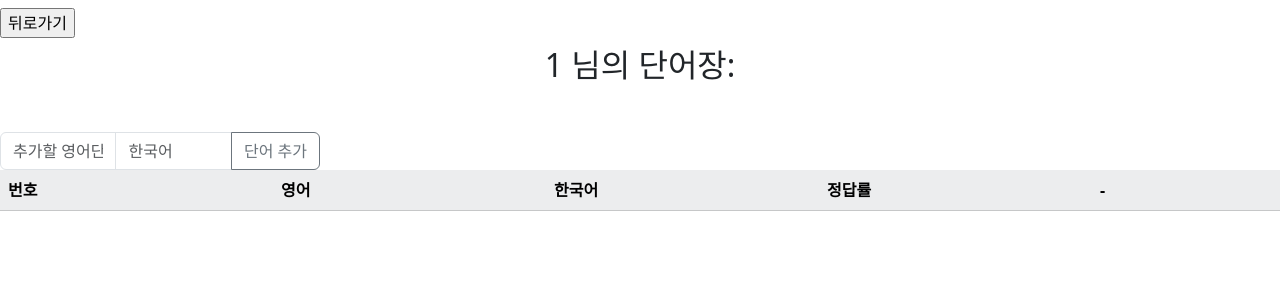
Repository: kokoko12334/myvocab-toy
Page: http://localhost/myVocabularyList/detail
The author's editor kept a copy of each file at every save. The page is drawn from the files as they stood at one save, then again after the next save.
The browser window is 1280 px wide. The pictures show the whole page.
The page is served by Tomcat 9. The session is filled in as if someone had signed in: {"id": 1, "pwd": 1, "list": 1}. Other server files are loaded and not shown. Queries for data that is not in the repository find no rows.

Above is the page before, as saved 2023-04-07 12:50:19.

### myVocabularyList/src/main/webapp/WEB-INF/views/myvocabulary/detail.jsp
<%@ page language="java" contentType="text/html; charset=UTF-8"
    pageEncoding="UTF-8"%>
<%@ taglib prefix="c" uri = "http://java.sun.com/jsp/jstl/core" %>
<!DOCTYPE html>
<html>
<head>
<meta charset="UTF-8">
<title>Insert title here</title>
<link href="https://cdn.jsdelivr.net/npm/bootstrap@5.3.0-alpha3/dist/css/bootstrap.min.css" rel="stylesheet" integrity="sha384-KK94CHFLLe+nY2dmCWGMq91rCGa5gtU4mk92HdvYe+M/SXH301p5ILy+dN9+nJOZ" crossorigin="anonymous">

</head>
<body>
	<div class = "my-2">
		<form action = "/login" method = "post">
			<input type = "hidden" name = "id"  value = "${id}">
			<input type = "hidden" name = "pwd" value =  "${pwd}">
			<input type = submit value = "뒤로가기">
		</form>
	</div>

	<div class="col text-center">
		<h2>${id} 님의 단어장: ${vocabName}</h2>
	</div>


 <div class = "my-5">
	<form class="form-inline w-25" action = "/addword" method = "post">
		<div class="input-group">
			<input type = text name = "english" placeholder = "추가할 영어단어" aria-label="First name" class="form-control">
			<input type = text name = "korean" placeholder = "한국어" aria-label="Last name" class="form-control">
			<button class="btn btn-outline-secondary" id="button-addon2">단어 추가</button>
		</div>
	</form>

	<table class="table table-light table-striped">
		<colgroup>
            <col width=1px>
            <col width=1px>
            <col width=1px>
            <col width=1px>
            <col width=1px>

        </colgroup>
		<tr>
			<th>번호</th>
			<th>영어</th>
			<th>한국어</th>
			<th>정답률</th>
			<th>-</th>

		</tr>

		<c:forEach var = "w" items = "${wordsList}" varStatus = "st">
			<tr>
				<td>${st.index+1} </td>
				<td>${w[0]}</td>
				<td>${w[1]}</td>
				<td>${w[2]}</td>
				<td>
					<input type="button" value="수정" onclick="showPopup('${w[0]}','${w[1]}');"/>
					<button onclick="location.href='/deleteword?idx=${st.index}&english=${w[0]}&korean=${w[1]}'">단어 삭제</button>
				</td>
			</tr>
		</c:forEach>
	</table>
</div>


	 <script>
  		function showPopup(english, korean) {

  			var url = "/updateword?english=" + english + "&korean=" + korean;
  			window.open(url, "단어 수정창", "width=500, height=50, left=50, top=50");
  			}
  	</script>

</body>
</html>

### myVocabularyList/src/main/java/com/ko/web/controller/DetailController.java
package com.ko.web.controller;

import java.io.IOException;
import java.sql.SQLException;
import java.util.ArrayList;
import java.util.List;

import javax.servlet.ServletException;
import javax.servlet.annotation.WebServlet;
import javax.servlet.http.HttpServlet;
import javax.servlet.http.HttpServletRequest;
import javax.servlet.http.HttpServletResponse;
import javax.servlet.http.HttpSession;

import com.ko.web.service.WordsService;

@WebServlet("/detail")
public class DetailController extends HttpServlet{



	@Override
	protected void doGet(HttpServletRequest req, HttpServletResponse resp) throws ServletException, IOException {

		String id = req.getParameter("id");
		String vocabName = req.getParameter("name");


		WordsService wordsSvc = new WordsService();

		List<List<String>> wordsList = new ArrayList<>();


		try {

			wordsList = wordsSvc.getwords(id, vocabName);

			HttpSession session = req.getSession(false);
			session.setAttribute("wordsList", wordsList);
			session.setAttribute("vocabName", vocabName); // 단어장 이름도 저장


		} catch (ClassNotFoundException e) {

			e.printStackTrace();
		} catch (SQLException e) {

			e.printStackTrace();
		}

		req.getRequestDispatcher("/WEB-INF/views/myvocabulary/detail.jsp").forward(req, resp);









	}

}

### myVocabularyList/src/main/java/com/ko/web/service/WordsService.java
package com.ko.web.service;

import java.sql.Connection;
import java.sql.DriverManager;
import java.sql.PreparedStatement;
import java.sql.ResultSet;
import java.sql.SQLException;
import java.util.ArrayList;
import java.util.HashMap;
import java.util.List;

import com.ko.web.entity.WordsDto;
import com.mysql.cj.protocol.Resultset;

public class WordsService {
	String driver = "com.mysql.cj.jdbc.Driver";
	String url = "jdbc:mysql://localhost:3306/myvocab";
	String user = "test";
	String password = "1234";


	public int insert(WordsDto dto) throws ClassNotFoundException, SQLException {

		String id = dto.getId();
		String vocabName = dto.getVocabName();
		String english = dto.getEnglish();
		String korean = dto.getKorean();

		// 중복 단어 체크
		List<List<String>> list = new ArrayList<>();

		list = getwords(id, vocabName);

		for(List<String> i: list) {

			String check = i.get(0);

			if(check.equals(english)) {
				return -1;
			}

		}


		Class.forName(driver);

		Connection con = DriverManager.getConnection(url, user,password);

		String sql = "INSERT INTO words(id, vocab_name, english, korean) VALUES(?,?,?,?)";

		PreparedStatement psmt = con.prepareStatement(sql);

		psmt.setString(1, id);
		psmt.setString(2, vocabName);
		psmt.setString(3, english);
		psmt.setString(4, korean);



		int result = psmt.executeUpdate();


		psmt.close();
		con.close();


		return result;
	}


	public List<List<String>> getwords(String id, String vocabName) throws ClassNotFoundException, SQLException{

		String english;
		String korean;
		String score;

		Class.forName(driver);

		Connection con = DriverManager.getConnection(url, user,password);

		String sql = "SELECT english, korean, score FROM words WHERE id = ? AND vocab_name = ?";

		PreparedStatement psmt = con.prepareStatement(sql);

		psmt.setString(1, id);
		psmt.setString(2, vocabName);


		ResultSet rs = psmt.executeQuery();


		List<List<String>> list = new ArrayList<>();

		while(rs.next()) {

			List<String> words = new ArrayList<>();

			english = rs.getString("english");
			korean = rs.getString("korean");
			score = rs.getString("score");

			words.add(english);
			words.add(korean);
			words.add(score);

			list.add(words);
		}

		rs.close();
		psmt.close();
		con.close();


		return list;
	}

	public int deleteWord(WordsDto dto) throws ClassNotFoundException, SQLException {

		String id = dto.getId();
		String vocabName = dto.getVocabName();
		String english = dto.getEnglish();
		String korean = dto.getKorean();

		Class.forName(driver);

		Connection con = DriverManager.getConnection(url, user,password);

		String sql = "DELETE FROM words WHERE id = ? AND vocab_name = ? AND english = ? AND korean = ?";

		PreparedStatement psmt = con.prepareStatement(sql);

		psmt.setString(1, id);
		psmt.setString(2, vocabName);
		psmt.setString(3, english);
		psmt.setString(4, korean);

		int result = psmt.executeUpdate();


		psmt.close();
		con.close();

		return result;
	}


	public int updateWord(WordsDto dto, String changedEnglish, String changedKorean) throws ClassNotFoundException, SQLException {


		String id = dto.getId();
		String vocabName = dto.getVocabName();
		String english = dto.getEnglish();

		Class.forName(driver);

		Connection con = DriverManager.getConnection(url, user,password);

		String sql = "UPDATE words SET english = ?, korean = ? WHERE id = ? AND vocab_name= ? AND english = ?";

		PreparedStatement psmt = con.prepareStatement(sql);

		psmt.setString(1, changedEnglish);
		psmt.setString(2, changedKorean);
		psmt.setString(3, id);
		psmt.setString(4, vocabName);
		psmt.setString(5, english);



		int result = psmt.executeUpdate();


		psmt.close();
		con.close();


		return result;


	}
}

After the next save:
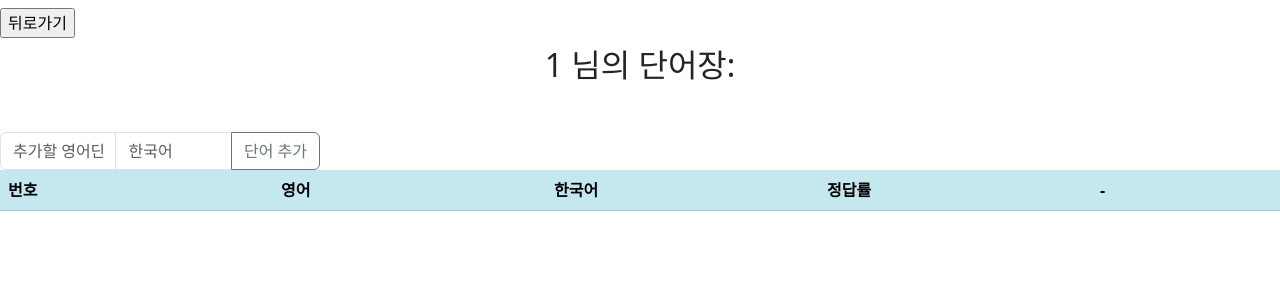
Saved 16 s later.
--- a/myVocabularyList/src/main/webapp/WEB-INF/views/myvocabulary/detail.jsp
+++ b/myVocabularyList/src/main/webapp/WEB-INF/views/myvocabulary/detail.jsp
@@ -32,7 +32,7 @@
 		</div>
 	</form>
 
-	<table class="table table-light table-striped">
+	<table class="table table-info table-striped">
 		<colgroup>
             <col width=1px>
             <col width=1px>
